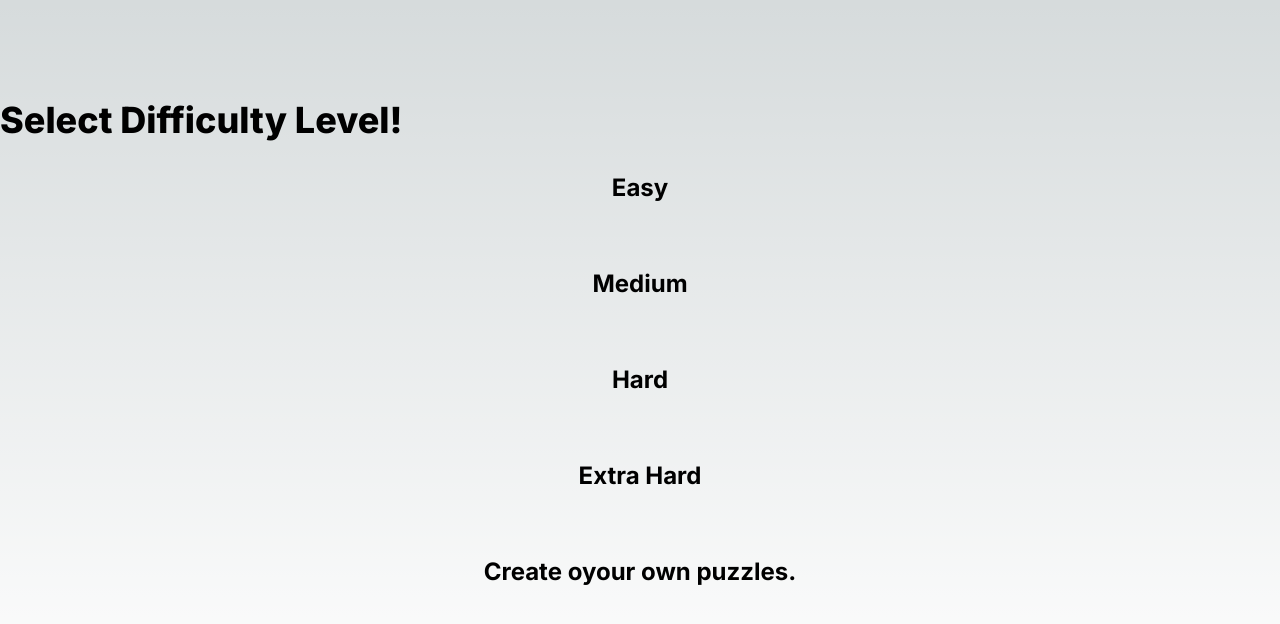
Repository: badhon252/sudoku
Page: /level
The author's editor kept a copy of each file at every save. The page is drawn from the files as they stood at one save, then again after the next save.
The browser window is 1280 px wide. The pictures show the whole page.
The project was rebuilt for these pictures with package versions that can differ from the ones it lists, and the page was loaded fresh each time. The framework's server and built-in components were replaced by stand-ins that run in the browser. Also part of the build but not shown: next.config.js.

Above is the page before, as saved 2023-06-04 21:52:27.

After the next save:
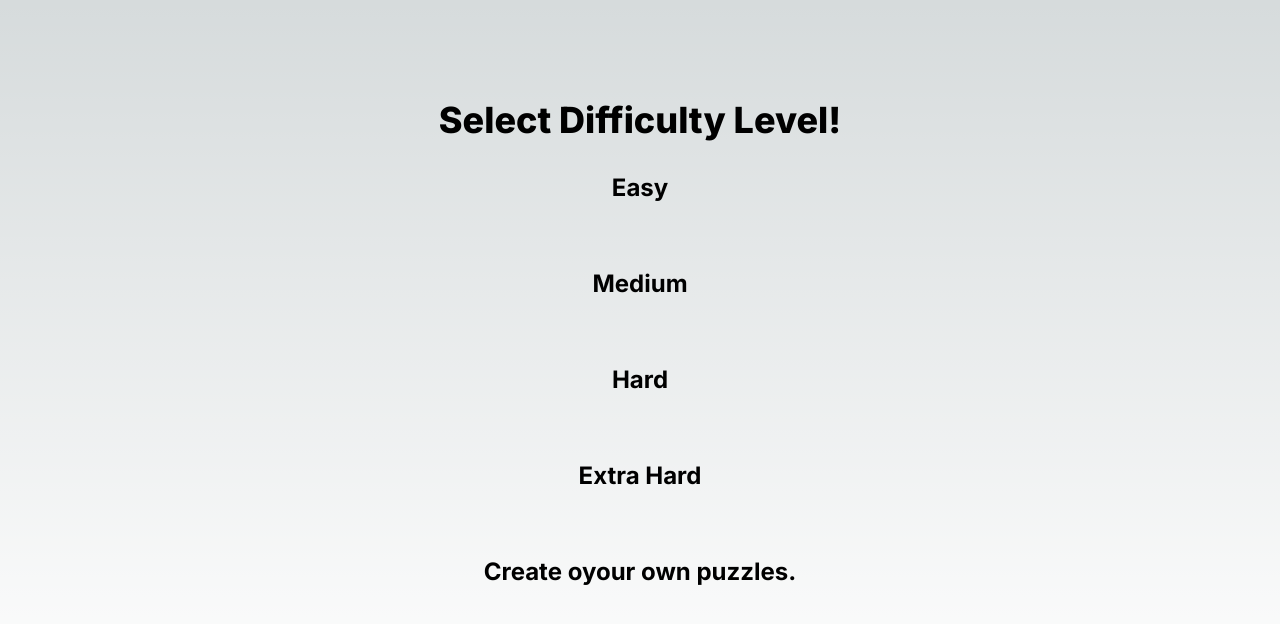
Saved 15 s later.
--- a/app/level/page.tsx
+++ b/app/level/page.tsx
@@ -2,7 +2,7 @@ import React from 'react'
 
 export default function Level() {
   return (
-    <div className='min-h-screen flex flex-col justify-items-center justify-center'>
+    <div className='min-h-screen flex flex-col items-center justify-center'>
         <h1 className='text-4xl font-extrabold'>Select Difficulty Level! </h1>
         <button className='my-5 py-3 px-2 text-2xl font-bold'>Easy</button>
         <button className='my-5 py-3 px-2 text-2xl font-bold'>Medium</button>
